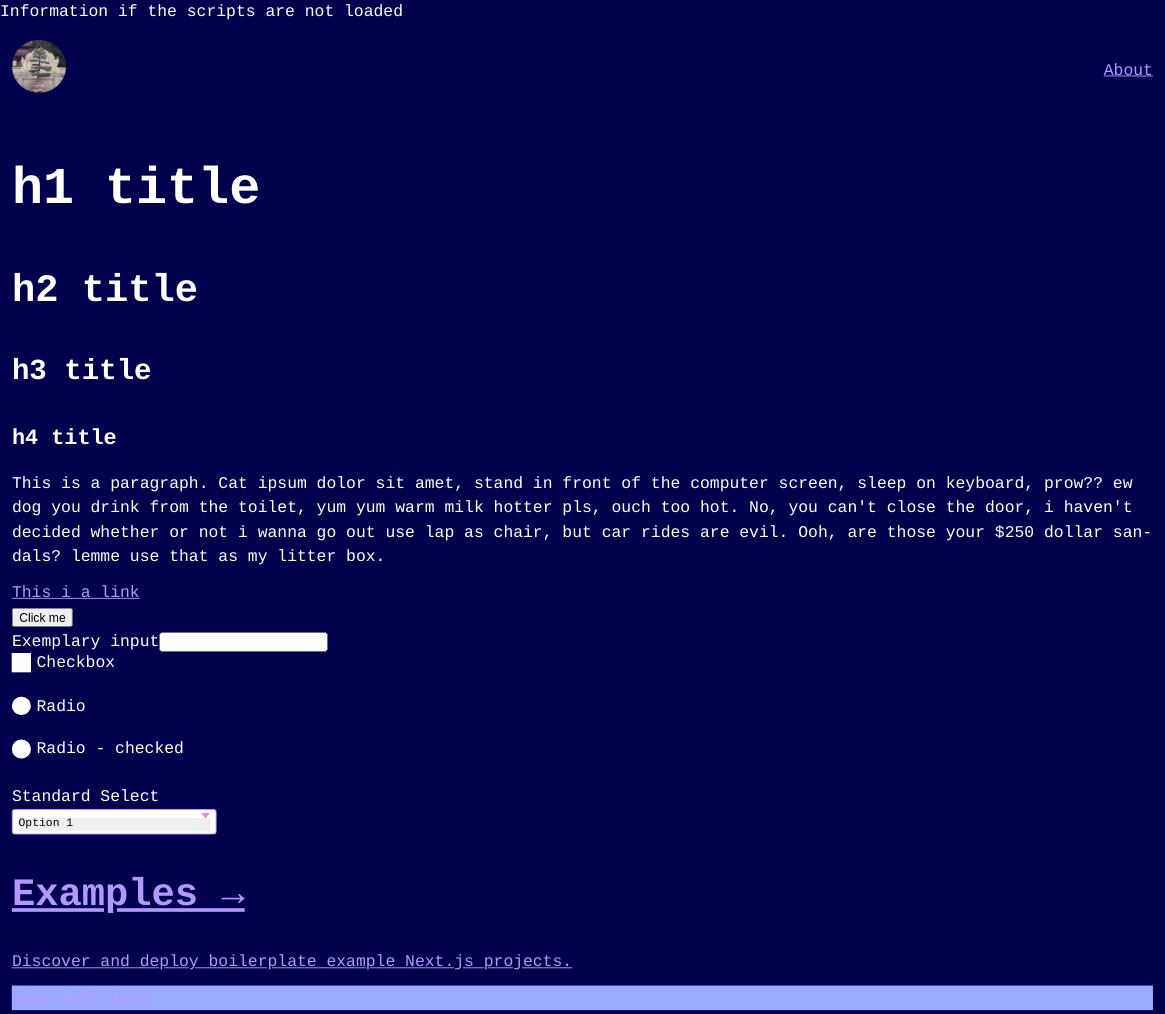
Repository: magiai/scent-app
Page: /
An editor plug-in stored every save of this project. The page is shown before and after the next save, followed by the edit.
The browser window is 1280 px wide. The pictures show the whole page, at 91% of full size.
The project was rebuilt for these pictures with package versions that can differ from the ones it lists, and the page was loaded fresh each time. The framework's server and built-in components were replaced by stand-ins that run in the browser.

Above is the page before, as saved 2022-05-25 18:46:15.

### pages/_app.tsx

import '../styles/variables.css';
import '../styles/global.css';
import '../styles/forms.css';
import { AppProps } from 'next/app';

function MyApp({ Component, pageProps }: AppProps) {
    return (
        <Component {...pageProps} />
    )
}

export default MyApp

### pages/_document.js
import { Html, Head, Main, NextScript } from "next/document";

export default function Document() {
    return (
        <Html lang="en">
            <Head>
                <meta charset="utf-8" />
                <meta http-equiv="X-UA-Compatible" content="IE=edge" />
                <meta name=" theme-color" content="#fff" />
                <meta name="viewport" content="width=device-width, initial-scale=1" />
                <meta name="robots" content="index, follow" />

                <title key="title">Application title</title>
                <link rel="icon" href="/favicon.ico"></link>
                <link rel="canonical" href="https://website.com/"></link>
                <meta name="description" content="Application description"></meta>

                {/* Open Graph Protocol */}
                <meta property="fb:page_id" content="" />
                <meta property="twitter:site" content="" />

                <meta property="og:title" content="Application title"/>
                <meta property="og:type" content="application"/>
                <meta property="og:url" content="https://website.com"/>
                <meta property="og:site_name" content=""/>
                <meta property="og:description" content="Application description"/>
                <meta property="og:image" content=""/>
                {/* /Open Graph Protocol */}

                <noscript>Information if the scripts are not loaded</noscript>
            </Head>
            <body>
                <Main />
                <NextScript />
            </body>
        </Html>
    )
}

### pages/index.tsx
import Head from 'next/head';
import Layout from '../components/layout';

export default function Home() {
  return (
    <Layout>
      <Head>
        <title key="title">Home</title>
      </Head>

      <main>
        <h1>h1 title</h1>
        <h2>h2 title</h2>
        <h3>h3 title</h3>
        <h4>h4 title</h4>

        <p>
            This is a paragraph. Cat ipsum dolor sit amet, stand in front of the computer screen, sleep on keyboard, prow?? ew dog you drink from the toilet, yum yum warm milk hotter pls, ouch too hot. No, you can't close the door, i haven't decided whether or not i wanna go out use lap as chair, but car rides are evil. Ooh, are those your $250 dollar sandals? lemme use that as my litter box.
        </p>

        <a href='/'>This i a link</a>
        <br />
        <button>Click me</button>
        <br />

        <form>
            <label>
                Exemplary input
                <input id="input-exemple" type="text"/>
            </label>
            <br />
            <label className="form-control">
                <input name="checkbox" type="checkbox"/>
                Checkbox
            </label>
            <br />
            <label className="form-control">
                <input name="radio" type="radio" disabled/>
                Radio
            </label>
            <br />
            <label className="form-control">
                <input name="radio" type="radio"/>
                Radio - checked
            </label>
            <br />
            <label htmlFor="standard-select">Standard Select</label>
            <div className="select">
                <select id="standard-select">
                    <option value="Option 1">Option 1</option>
                    <option value="Option 2">Option 2</option>
                    <option value="Option 3">Option 3</option>
                    <option value="Option 4">Option 4</option>
                    <option value="Option 5">Option 5</option>
                    <option value="Option length">
                    Option that has too long of a value to fit
                    </option>
                </select>
            </div>
        </form>


        <div className="grid">
          <a
            href="https://github.com/vercel/next.js/tree/master/examples"
            className="card"
          >
            <h2>Examples &rarr;</h2>
            <p>Discover and deploy boilerplate example Next.js projects.</p>
          </a>

        </div>
      </main>

    </Layout>
  )
}

### styles/variables.css
:root {
    --color--white: white;
    --color--black: black;

    --hue--base: 255;
    --saturation--base: 100%;
    --lightness--base: 80%;
    --opacity--base: 1;
    --color--lighten: 5%;
    --color--darken: 10%;
    --color--primary: hsla(var(--hue--base), var(--saturation--base), var(--lightness--base), var(--opacity--base));
    --color--primary--active: hsla(var(--hue--base),
                                    var(--saturation--base),
                                    calc(var(--lightness--base) + var(--color--lighten)),
                                    var(--opacity--base));

    --hue--secondary: 240;
    --saturation--secondary: 100%;
    --lightness--secondary: 15%;
    --color--secondary: hsla(var(--hue--secondary), var(--saturation--secondary), var(--lightness--secondary), var(--opacity--base));
    --color--secondary--active: hsla(var(--hue--secondary),
                                var(--saturation--secondary),
                                calc(var(--lightness--secondary) + var(--color--lighten)),
                                var(--opacity--base));

    --hue--error: 360;
    --hue--success: 130;
    --hue--information: 230;
    --color--disabled: hsla(var(--hue--information), 0, calc(var(--lightness--base) - var(--color--darken)), var(--opacity--base));
    --color--information: hsla(var(--hue--information), var(--saturation--base), var(--lightness--base), var(--opacity--base));
    --color--success: hsla(var(--hue--success), var(--saturation--base), var(--lightness--base), var(--opacity--base));
    --color--error: hsla(var(--hue--error), var(--saturation--base), var(--lightness--base), var(--opacity--base));

    --background-color: var(--color--secondary);

    --spacing__ratio: 1.414;
    --spacing__ratio--desktop: 1.618;
    --space--base: 0.5rem;
    --space--xs: var(--space--base);
    --space--s: calc(var(--space--xs) * var(--spacing__ratio));
    --space--m: calc(var(--space--s) * var(--spacing__ratio));
    --space--l: calc(var(--space--m) * var(--spacing__ratio));
    --space--xl: calc(var(--space--l) * var(--spacing__ratio));

    --font-size__ratio: 1.20;
    --font-size__ratio--desktop: 1.333;
    --font-size--base: 1.8rem;
    --font-size--h4: calc(var(--font-size--base) * var(--font-size__ratio));
    --font-size--h3: calc(var(--font-size--h4) * var(--font-size__ratio));
    --font-size--h2: calc(var(--font-size--h3) * var(--font-size__ratio));
    --font-size--h1: calc(var(--font-size--h2) * var(--font-size__ratio));
}

@media only screen and (min-width: 768px) {
    :root {
        --font-size__ratio: var(--font-size__ratio--desktop);
        --spacing__ratio: var(--spacing__ratio--desktop);
    }
}

### styles/global.css
html {
    font-size: 62.5%;
}

*,
*:before,
*:after {
    box-sizing: border-box;
}

body {
    margin: 0;
    color: var(--color--white);
    background-color: var(--background-color);
    font-family: Courier;
    font-size: var(--font-size--base);
    line-height: 1.5;
    /* line-height: calc(2px + 2ex + 2px); */
}

p,
li,
h1, h2, h3, h4, h5 {
  overflow-wrap: break-word;
  hyphens: auto;
  margin-bottom: 0.65em;
}

h1 {
    font-size: var(--font-size--h1);
}

h2 {
    font-size: var(--font-size--h2);
}

h3 {
    font-size: var(--font-size--h3);
}

h4 {
    font-size: var(--font-size--h4);
}

h5 {
    font-size: var(--font-size--h5);
}

a {
    color: var(--color--primary);
    padding-top: var(--space--s);
    padding-bottom: var(--space--s);
}

a:hover, a:active, a:focus {
    color: var(--color--primary--active);
}

### styles/forms.css
:root {
    --form-control__color: var(--color--secondary);
    --form-control--disabled: var(--color--disabled);
    --select-border: var(--color--primary);
    --select-focus: blue;
    --select-arrow: var(--select-border);
}

.form-control {
    font-family: Courier;
    font-size: var(--font-size--base);
    line-height: 1.1;
    display: grid;
    grid-template-columns: 1em auto;
    gap: 0.5em;
}

input[type="radio"],
input[type="checkbox"] {
    --webkit-appearance: none;
    appearance: none;
    background-color: var(--color--white);
    margin: 0;
    font: inherit;
    color: currentColor;
    width: 1.15em;
    height: 1.15em;
    border: 0.15em solid currentColor;
    transform: translateY(-0.075em);
    display: grid;
    place-content: center;
}

input[type="radio"] {
    border-radius: 50%;
}

input[type="radio"]::before,
input[type="checkbox"]::before {
    content: "";
    width: 0.65em;
    height: 0.65em;
    transform: scale(0);
    transition: 120ms transform ease-in-out;
    box-shadow: inset 1em 1em var(--form-control__color);
    background-color: CanvasText;
}

input[type="radio"]::before {
    border-radius: 50%;
}

input[type="radio"]:checked::before,
input[type="checkbox"]:checked::before {
    transform: scale(1);
}

input[type="checkbox"]:checked::before {
    transform: scale(1);
    transform-origin: bottom left;
    clip-path: polygon(14% 44%, 0 65%, 50% 100%, 100% 16%, 80% 0%, 43% 62%);
}

input[type="radio"]:focus,
input[type="checkbox"]:focus {
    outline: max(2px, 0.15em) solid currentColor;
    outline-offset: max(2px, 0.15em);
}

input[type="radio"]:disabled,
input[type="checkbox"]:disabled {
    --form-control__color: var(--form-control--disabled);
    color: var(--form-control--disabled);
    cursor: not-allowed;
}

.form-control + .form-control {
    margin-top: 1em;
}

select {
    appearance: none;
    background-color: rbga(0, 0, 0, 0);
    border: none;
    padding: 0 1em 0 0;
    margin: 0;
    width: 100%;
    font-family: inherit;
    font-size: inherit;
    cursor: inherit;
    line-height: inherit;
    outline: none;
}

select::-ms-expand {
    display: none;
}

.select {
    width: 100%;
    min-width: 15ch;
    max-width: 30ch;
    border: 1px solid var(--select-border);
    border-radius: 0.25em;
    padding: 0.25em 0.5em;
    font-size: 1.25rem;
    cursor: pointer;
    line-height: 1.1;
    background-color: var(--color--white);
    background-image: linear-gradient(to top, #f9f9f9, var(--color--white) 33%);
    display: grid;
    grid-template-areas: "select";
    align-items: center;
  }

.select::after {
    content: "";
    width: 0.8em;
    height: 0.5em;
    /* background-color: var(--select-arrow); */
    background-color: violet;
    clip-path: polygon(100% 0%, 0 0%, 50% 100%);
    justify-self: end;
}

.select,
.select::after {
    grid-area: select;
}

### components/layout.tsx
import React from 'react';
import Footer from './footer';
import Header from './header';
import styles from './layout.module.css'

export default function Layout({
  children,
  home
}: {
  children: React.ReactNode
  home?: boolean
}) {
    return (
        <div className = {styles.container}>
            <Header/>
            {children}
            <Footer/>
        </div>
    );
}

### components/footer.js
import styles from './footer.module.css';

export default function Footer() {

    return(
        <footer className = {styles.footer}>
            <a
            href="https://vercel.com?utm_source=create-next-app&utm_medium=default-template&utm_campaign=create-next-app"
            target="_blank"
            rel="noopener noreferrer"
            >
            Some Link Here
            </a>
      </footer>
    );
}

### components/header.tsx
import Link from 'next/link';
import Image from 'next/image';
import styles from './header.module.css';

export default function Header() {
    return (
        <header className = {styles.header}>
            <nav className = {styles.navigation}>
                <Link href="/">
                    <a>
                        <Image
                            src = "/images/logo.png"
                            height = {60}
                            width = {60}
                            alt = "Logo"
                        />
                    </a>
                </Link>
                <Link href="/about">
                    <a>About</a>
                </Link>
            </nav>
        </header>
    );
}

### components/layout.module.css
.container {
    padding-left: var(--space--m);
    padding-right: var(--space--m);
}

### components/footer.module.css
.footer {
    background-color: var(--color--information);
}

### components/header.module.css
.header {
    padding-top: var(--space--s);
    padding-bottom: var(--space--s);
}

.navigation {
    width: 100%;
    display: flex;
    flex-direction: row;
    justify-content: space-between;
    align-items: center;
}

After the next save:
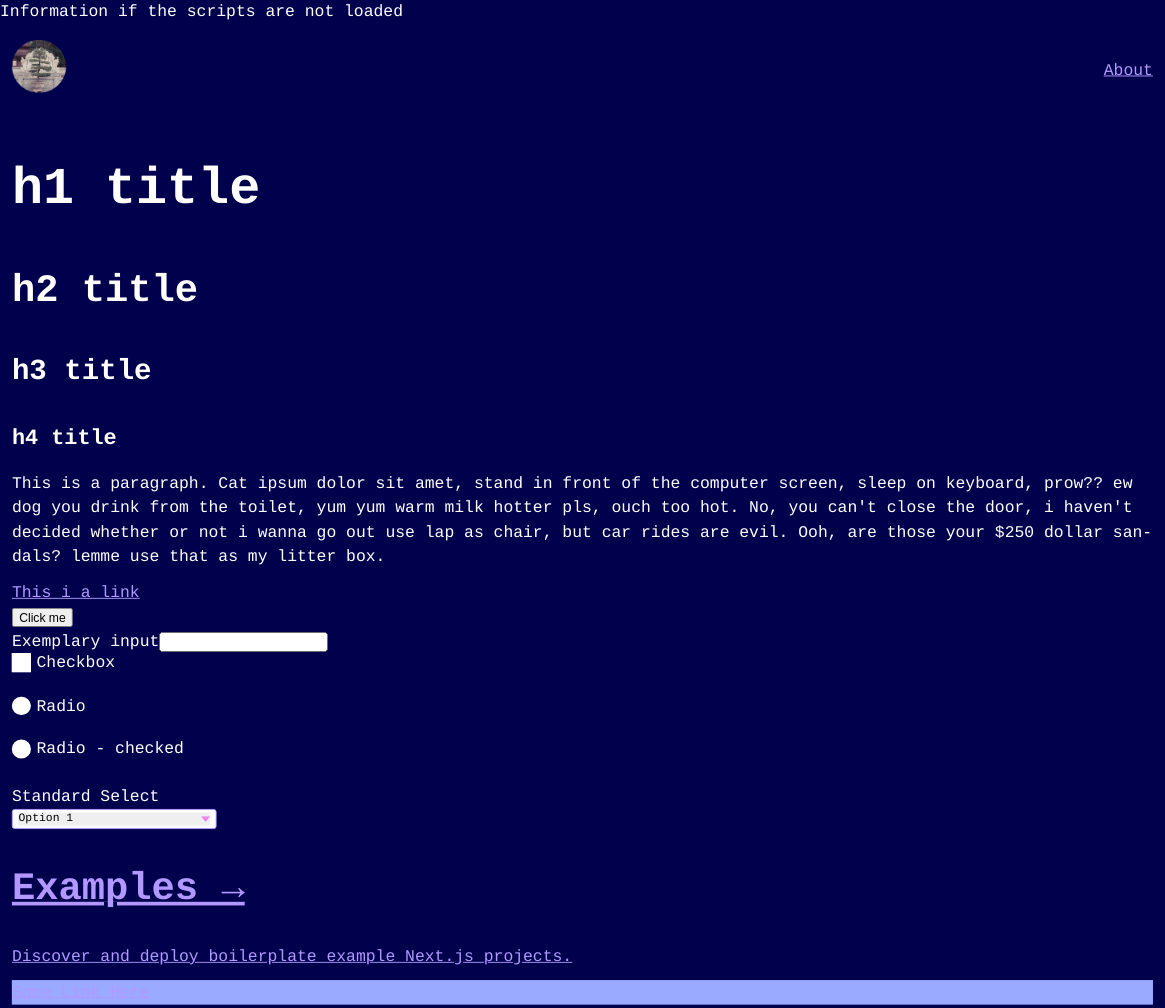
Saved 30 s later.
--- a/styles/forms.css
+++ b/styles/forms.css
@@ -123,7 +123,7 @@ select::-ms-expand {
     justify-self: end;
 }
 
-.select,
+select,
 .select::after {
     grid-area: select;
 }
